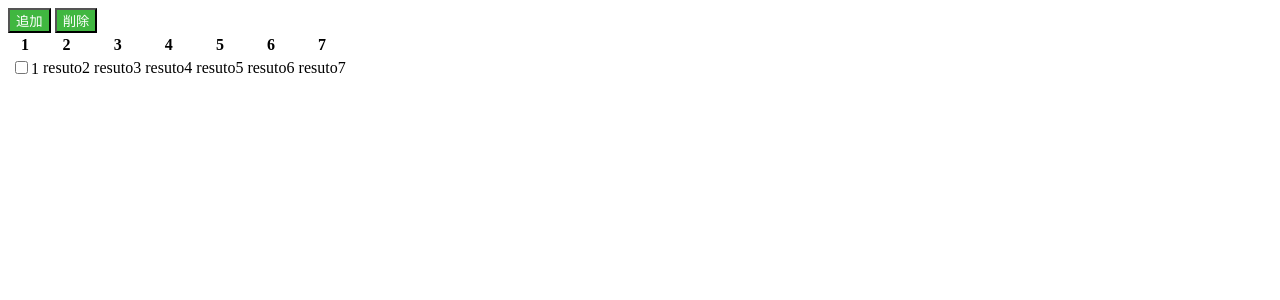
Repository: nathox/backup
Page: http://localhost/Favorite/j.jsp
These files come from the project's save history. The page is drawn as it stood at one moment and after the next save; the edit follows.
The browser window is 1280 px wide. The pictures show the whole page.
After loading, the first visible `#add` was clicked once.
The page is served by Tomcat 9.

Above is the page before, as saved 2018-02-06 02:14:26.

After the next save:
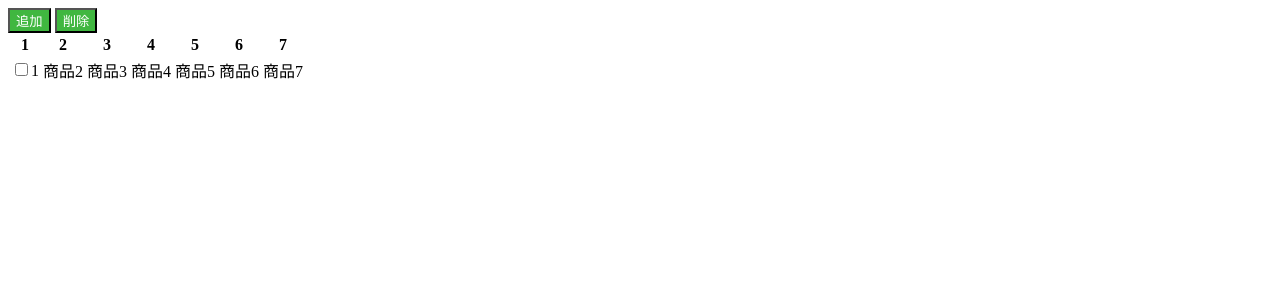
Saved 3 min 15 s later.
--- a/Favorite/WebContent/j.jsp
+++ b/Favorite/WebContent/j.jsp
@@ -20,12 +20,12 @@ $(function(){
     $('#sample_table').append(
       $('<tr>').append(
         $('<td>').append($('<input>').attr({type:"checkbox",name:"checkbox"}).val(++cnt)).append(cnt),
-        $('<td>').text('resuto2'),
-        $('<td>').text('resuto3'),
-        $('<td>').text('resuto4'),
-        $('<td>').text('resuto5'),
-        $('<td>').text('resuto6'),
-        $('<td>').text('resuto7')
+        $('<td>').text('商品2'),
+        $('<td>').text('商品3'),
+        $('<td>').text('商品4'),
+        $('<td>').text('商品5'),
+        $('<td>').text('商品6'),
+        $('<td>').text('商品7')
         )
       );
   });
@@ -56,17 +56,6 @@ $(function(){
 
 
 
-
-
-
-
-
-
-
-
-
-
-
 </table>
 
 </body>
